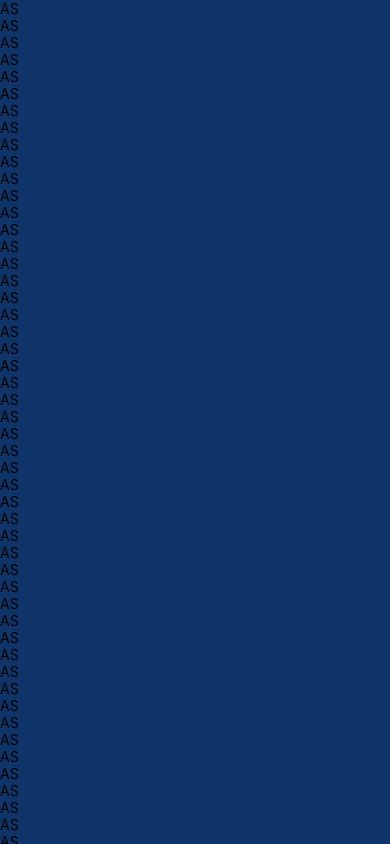
Repository: andre06x/native-estacio
Screen: /
An editor plug-in stored every save of this project. The screen is shown before and after the next save, followed by the edit.
An inner scrolling area shows only its first screen. The app was drawn by React Native's web renderer in a window 390 px wide. The project was rebuilt for these pictures with package versions that can differ from the ones it lists, and the page was loaded fresh each time. Also part of the build but not shown: src/Pages/Login/index.tsx.

Above is the screen before, as saved 2022-03-24 12:40:59.

After the next save:
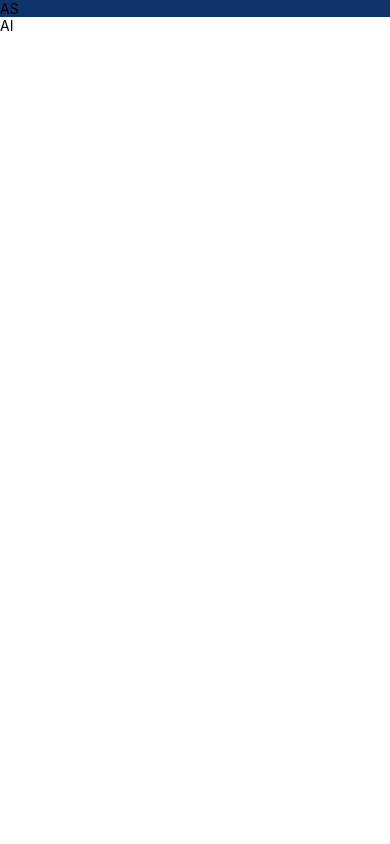
Saved 2 min 16 s later.
--- a/src/Pages/Home/index.tsx
+++ b/src/Pages/Home/index.tsx
@@ -8,67 +8,9 @@
       <StatusBar style="light" backgroundColor="#0F3469" />
       <ScrollView>
 
-        <View>
-          <View style={styles.profile}>
-          <Text>AS</Text>
-          <Text>AS</Text>
+        <View style={styles.profile}>
+          <View>
             <Text>AS</Text>
-            <Text>AS</Text>
-            <Text>AS</Text>
-            <Text>AS</Text>
-            <Text>AS</Text>
-            <Text>AS</Text>
-            <Text>AS</Text>
-            <Text>AS</Text>
-            <Text>AS</Text>
-            <Text>AS</Text>
-            <Text>AS</Text>
-            <Text>AS</Text>
-            <Text>AS</Text>
-            <Text>AS</Text>
-            <Text>AS</Text>
-            <Text>AS</Text>
-            <Text>AS</Text>
-            <Text>AS</Text>
-            <Text>AS</Text>
-            <Text>AS</Text>
-            <Text>AS</Text>
-            <Text>AS</Text>
-            <Text>AS</Text>
-            <Text>AS</Text>
-            <Text>AS</Text>
-            <Text>AS</Text>
-            <Text>AS</Text>
-            <Text>AS</Text>
-            <Text>AS</Text>
-            <Text>AS</Text>
-            <Text>AS</Text>
-            <Text>AS</Text>
-            <Text>AS</Text>
-            <Text>AS</Text>
-            <Text>AS</Text>
-            <Text>AS</Text>
-            <Text>AS</Text>
-            <Text>AS</Text>
-            <Text>AS</Text>
-            <Text>AS</Text>
-            <Text>AS</Text>
-            <Text>AS</Text>
-            <Text>AS</Text>
-            <Text>AS</Text>
-            <Text>AS</Text>
-            <Text>AS</Text>
-            <Text>AS</Text>
-            <Text>AS</Text>
-            <Text>AS</Text>
-            <Text>AS</Text>
-            <Text>AS</Text>
-            <Text>AS</Text>
-            <Text>AS</Text>
-            <Text>AS</Text>
-            <Text>AS</Text>
-            <Text>AS</Text>
-
           </View>
 
           <View>
@@ -78,7 +20,7 @@
 
         </View>
 
-      <Text>AI</Text>
+        <Text>AI</Text>
       </ScrollView>
 
     </SafeAreaView>
@@ -91,7 +33,8 @@
     backgroundColor: '#fff',
   },
   profile: {
-    backgroundColor: "#0F3469"
+    backgroundColor: "#0F3469",
+    flexDirection: "row",
 
   }
 });
